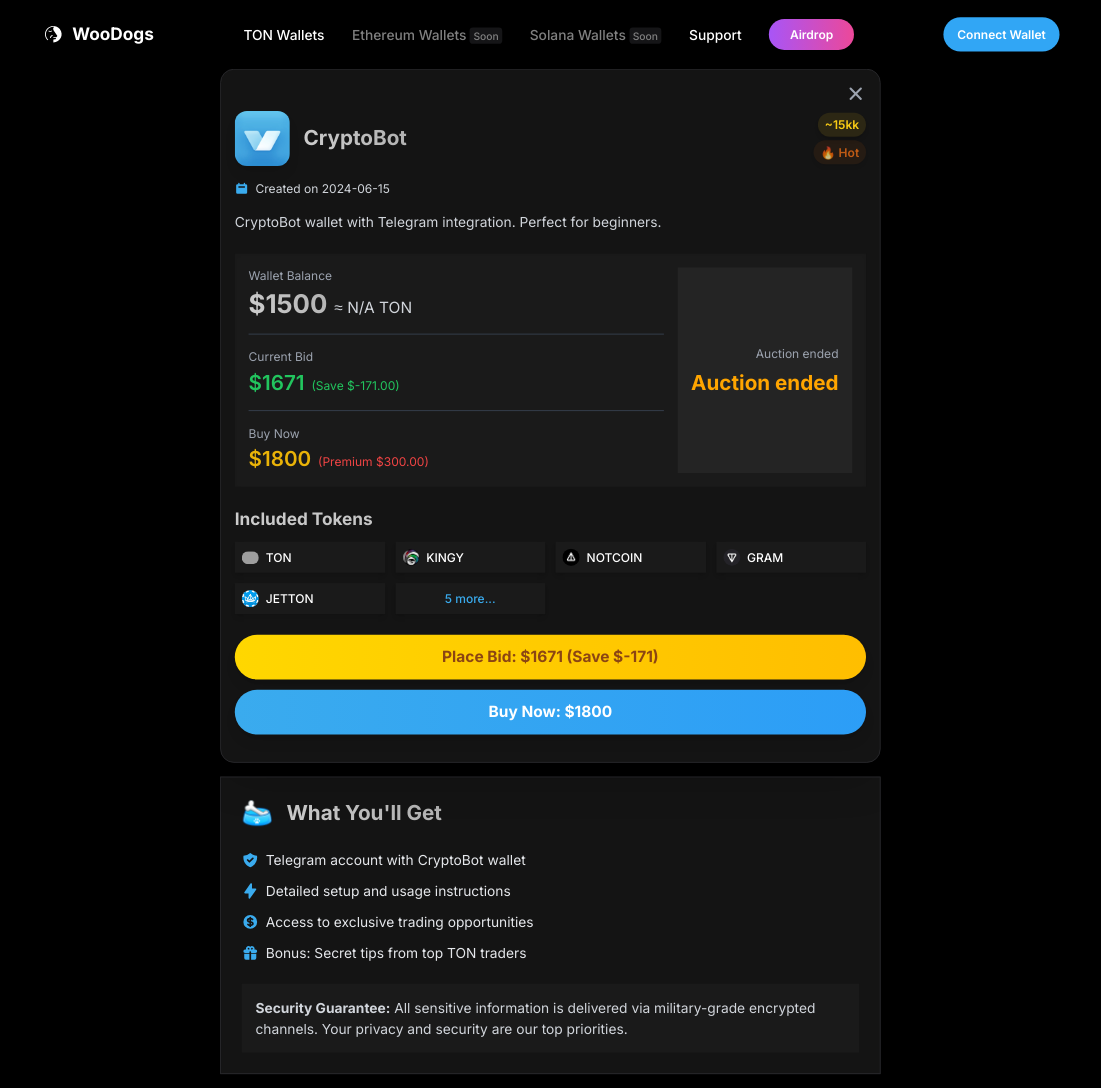
Repository: itititi/woofdogs_off
Page: /wallet/cryptobot-1
The author's editor kept a copy of each file at every save. The page is drawn from the files as they stood at one save, then again after the next save.
The browser window is 1280 px wide. The pictures show the whole page, at 86% of full size.
Pictures or frames that could not be fetched are drawn as grey boxes. The page's requests for data from a server got no answer. The project was rebuilt for these pictures with package versions that can differ from the ones it lists, and the page was loaded fresh each time. The framework's server and built-in components were replaced by stand-ins that run in the browser. No one was signed in, and anything a server would have sent is missing. Also part of the build but not shown: next.config.mjs.

Above is the page before, as saved 2024-10-25 22:40:02.

### src/app/layout.tsx
import type { Metadata } from "next";
import { Inter } from "next/font/google";
import "./globals.css";
import { SearchProvider } from '@/components/SearchContext';
import { LanguageProvider } from '@/contexts/LanguageContext';

const inter = Inter({ subsets: ["latin"] });

export const metadata: Metadata = {
  title: "WooDogs",
  description: "Buy and sell TON wallets",
};

export default function RootLayout({
  children,
}: Readonly<{
  children: React.ReactNode;
}>) {
  return (
    <html lang="en" className="bg-black">
      <head>
        <link rel="preload" href="/dogs.gif" as="image" />
        <link rel="preload" href="/invite.gif" as="image" />
        <link rel="preload" href="/flag.gif" as="image" />
        <link rel="preload" href="/history.gif" as="image" />
        <link rel="preload" href="/inside.gif" as="image" />
        <link rel="preload" href="/notfound.gif" as="image" />
        <link rel="preload" href="/dogs.webp" as="image" />
        <link rel="preload" href="/invite.webp" as="image" />
        <link rel="preload" href="/success.gif" as="image" />
      </head>
      <body className={`${inter.className} bg-black text-white min-h-screen overflow-x-hidden`}>
        <LanguageProvider>
          <SearchProvider>
            <div className="bg-black min-h-screen flex flex-col">
              {children}
            </div>
          </SearchProvider>
        </LanguageProvider>
      </body>
    </html>
  );
}

### src/app/wallet/[id]/page.tsx
'use client';

import React, { useEffect, useState, useMemo } from 'react';
import Image from 'next/image';
import { getWalletData } from '@/data/getWalletData';
import { useRouter } from 'next/navigation';
import Header from '@/components/Header';
import WalletSkeleton from '@/components/WalletSkeleton';
import { WalletOffer } from '@/data/walletOffers';

interface WalletPageProps {
  params: {
    id: string;
  };
}

const getWalletContents = (walletName: string) => {
  switch (walletName) {
    case 'CryptoBot':
      return "Telegram account with CryptoBot wallet";
    case 'TON Wallet':
      return "TON Wallet account";
    case 'TON Space':
      return "Seed phrases for TON Space wallet";
    default:
      return "Wallet account details";
  }
};

export default function WalletPage({ params }: WalletPageProps) {
  const [wallet, setWallet] = useState<WalletOffer | null>(null);
  const [tonAmount, setTonAmount] = useState<string>('N/A');
  const [isLoading, setIsLoading] = useState(true);
  const router = useRouter();
  const [timeLeft, setTimeLeft] = useState<string>('');
  const [isAuctionEnded, setIsAuctionEnded] = useState(false);
  const [bidPrice, setBidPrice] = useState<number | null>(null);
  const [blitzPrice, setBlitzPrice] = useState<number | null>(null);

  const additionalTokensCount = useMemo(() => {
    if (!wallet) return 5;
    // Используем id кошелька для генерации псевдослучайного числа
    const seed = params.id.split('').reduce((acc, char) => acc + char.charCodeAt(0), 0);
    return 5 + (seed % 6); // Генерируем число от 5 до 10
  }, [params.id, wallet]);

  const auctionEndTime = useMemo(() => {
    if (typeof window === 'undefined') return 0;
    const storedEndTime = localStorage.getItem(`auctionEndTime_${params.id}`);
    if (storedEndTime) {
      return parseInt(storedEndTime, 10);
    }
    // Если нет сохраненного времени, генерируем новое
    const seed = params.id.split('').reduce((acc, char) => acc + char.charCodeAt(0), 0);
    const random = Math.sin(seed) * 10000;
    const hours = Math.floor(random % 48); // От 0 до 47 часов
    const endTime = Date.now() + hours * 3600000;
    localStorage.setItem(`auctionEndTime_${params.id}`, endTime.toString());
    return endTime;
  }, [params.id]);

  useEffect(() => {
    const fetchData = async () => {
      setIsLoading(true);
      const walletData = await getWalletData(params.id);
      if (!walletData) {
        router.push('/404');
        return;
      }
      setWallet(walletData);

      const storedBidPrice = localStorage.getItem(`bidPrice_${params.id}`);
      if (storedBidPrice) {
        setBidPrice(parseFloat(storedBidPrice));
      } else {
        const newBidPrice = Math.round(walletData.priceUSD * (1.05 + Math.random() * 0.1)); // 105-115% от priceUSD
        setBidPrice(newBidPrice);
        localStorage.setItem(`bidPrice_${params.id}`, newBidPrice.toString());
      }

      try {
        const response = await fetch('https://api.coingecko.com/api/v3/simple/price?ids=the-open-network&vs_currencies=usd');
        const data = await response.json();
        const tonPrice = data['the-open-network'].usd;
        setTonAmount((walletData.priceUSD / tonPrice).toFixed(2));
      } catch (error) {
        console.error('Error fetching TON price:', error);
      }

      // Генерация цен
      const basePrice = walletData.priceUSD;
      setBlitzPrice(Math.round(basePrice * 1.2)); // Блиц-цена еще выше

      setIsLoading(false);
    };

    fetchData();
  }, [params.id, router]);

  useEffect(() => {
    const updateTimer = () => {
      const now = Date.now();
      const difference = auctionEndTime - now;

      if (difference <= 0) {
        setIsAuctionEnded(true);
        setTimeLeft('Auction ended');
      } else {
        const hours = Math.floor((difference / (1000 * 60 * 60)) % 24);
        const minutes = Math.floor((difference / 1000 / 60) % 60);
        const seconds = Math.floor((difference / 1000) % 60);
        setTimeLeft(`${hours.toString().padStart(2, '0')}:${minutes.toString().padStart(2, '0')}:${seconds.toString().padStart(2, '0')}`);
        setIsAuctionEnded(false);
      }
    };

    updateTimer();
    const timer = setInterval(updateTimer, 1000);

    return () => clearInterval(timer);
  }, [auctionEndTime]);

  const handleClose = () => {
    router.push('/');
  };

  if (isLoading) {
    return <WalletSkeleton />;
  }

  if (!wallet) {
    return null;
  }

  const walletContents = getWalletContents(wallet.name);

  return (
    <div className="min-h-screen bg-black text-white flex flex-col">
      <Header />
      <main className="flex-grow py-4 px-4 mt-16 overflow-y-auto">
        <div className="max-w-3xl mx-auto">
          <div className="bg-[#141414] rounded-2xl overflow-hidden shadow-2xl p-4 mb-4 border border-[#2A2A2E] relative">
            <div className="flex justify-end mb-2">
              <button
                onClick={handleClose}
                className="text-gray-400 hover:text-white transition-colors duration-200"
              >
                <svg xmlns="http://www.w3.org/2000/svg" className="h-6 w-6" viewBox="0 0 20 20" fill="currentColor">
                  <path fillRule="evenodd" d="M4.293 4.293a1 1 0 011.414 0L10 8.586l4.293-4.293a1 1 0 111.414 1.414L11.414 10l4.293 4.293a1 1 0 01-1.414 1.414L10 11.414l-4.293 4.293a1 1 0 01-1.414-1.414L8.586 10 4.293 5.707a1 1 0 010-1.414z" clipRule="evenodd" />
                </svg>
              </button>
            </div>
            <div className="flex items-center justify-between mb-4">
              <div className="flex items-center">
                <div className="w-16 h-16 rounded-[22%] overflow-hidden mr-4 shadow-lg">
                  <Image src={wallet.icon} alt={wallet.name} width={64} height={64} className="object-cover" />
                </div>
                <h1 className="text-2xl font-bold titanium-gradient">{wallet.name}</h1>
              </div>
              <div className="flex flex-col items-end">
                <span className="text-yellow-400 font-semibold text-sm bg-yellow-400/10 px-2 py-1 rounded-full shadow-md mb-1">
                  {wallet.priceRange}
                </span>
                {wallet.isHot ? (
                  <span className="text-orange-500 font-semibold text-sm bg-orange-500/10 px-2 py-1 rounded-full shadow-md animate-pulse">
                    🔥 Hot
                  </span>
                ) : (
                  <span className="text-green-500 font-semibold text-sm bg-green-500/10 px-2 py-1 rounded-full shadow-md">
                    🐸 Cool
                  </span>
                )}
              </div>
            </div>

            <div className="flex items-center text-gray-300 mb-4">
              <svg xmlns="http://www.w3.org/2000/svg" className="h-4 w-4 mr-2 text-[#3AABEE]" viewBox="0 0 20 20" fill="currentColor">
                <path fillRule="evenodd" d="M6 2a1 1 0 00-1 1v1H4a2 2 0 00-2 2v10a2 2 0 002 2h12a2 2 0 002-2V6a2 2 0 00-2-2h-1V3a1 1 0 10-2 0v1H7V3a1 1 0 00-1-1zm0 5a1 1 0 000 2h8a1 1 0 100-2H6z" clipRule="evenodd" />
              </svg>
              <span className="text-sm">Created on {wallet.createdAt}</span>
            </div>

            <p className="text-gray-300 text-base mb-6 leading-relaxed">{wallet.description}</p>

            <div className="flex flex-col sm:flex-row sm:justify-between sm:items-stretch mb-6 bg-[#1A1A1A] p-4 rounded-lg shadow-inner">
              <div className="flex-1 mb-4 sm:mb-0 sm:mr-4">
                <div className="mb-4 pb-4 border-b border-gray-700">
                  <span className="text-sm text-gray-400 block mb-1">Wallet Balance</span>
                  <div className="flex items-baseline">
                    <span className="text-3xl font-bold titanium-gradient">${wallet.priceUSD}</span>
                    <span className="text-lg text-gray-300 ml-2">≈ {tonAmount} TON</span>
                  </div>
                </div>
                <div className="mb-4 pb-4 border-b border-gray-700">
                  <span className="text-sm text-gray-400 block mb-1">Current Bid</span>
                  <div className="flex items-baseline">
                    <span className="text-2xl font-semibold text-green-500">${bidPrice}</span>
                    <span className="text-sm text-green-500 ml-2">
                      (Save ${(wallet.priceUSD - bidPrice!).toFixed(2)})
                    </span>
                  </div>
                </div>
                <div>
                  <span className="text-sm text-gray-400 block mb-1">Buy Now</span>
                  <div className="flex items-baseline">
                    <span className="text-2xl font-semibold text-yellow-500">${blitzPrice}</span>
                    <span className="text-sm text-red-500 ml-2">
                      (Premium ${(blitzPrice! - wallet.priceUSD).toFixed(2)})
                    </span>
                  </div>
                </div>
              </div>
              <div className="flex flex-col justify-center items-center sm:items-end bg-[#242424] p-4 rounded-lg">
                <span className="text-gray-400 text-sm mb-2">
                  {isAuctionEnded ? 'Auction ended' : 'Auction ends in'}
                </span>
                <span className="font-bold text-2xl text-[#FFA500]">
                  {timeLeft}
                </span>
              </div>
            </div>

            {/* Tokens list */}
            <div className="mb-6">
              <h3 className="text-lg sm:text-xl font-bold titanium-gradient mb-3">Included Tokens</h3>
              <div className="grid grid-cols-3 sm:grid-cols-4 gap-2 sm:gap-3">
                {wallet.tokens.map((tokenData, index) => (
                  <div key={index} className="bg-[#1A1A1A] rounded-lg p-2 flex items-center shadow-md">
                    <Image
                      src={tokenData.token.logo}
                      alt={tokenData.token.name}
                      width={20}
                      height={20}
                      className="rounded-full mr-2"
                    />
                    <span className="font-medium text-xs sm:text-sm">{tokenData.token.symbol}</span>
                  </div>
                ))}
                <div className="bg-[#1A1A1A] rounded-lg p-2 flex items-center justify-center shadow-md">
                  <span className="font-medium text-xs sm:text-sm text-[#3AABEE]">
                    {additionalTokensCount} more...
                  </span>
                </div>
              </div>
            </div>

            <div className="flex flex-col gap-3 mb-4">
              <button
                className="w-full bg-gradient-to-r from-[#FFD700] to-[#FFA500] text-[#8B4513] text-lg font-bold py-3 px-6 rounded-full hover:brightness-110 transition-all duration-300 shadow-lg hover:shadow-xl"
              >
                Place Bid: ${bidPrice} (Save ${wallet.priceUSD - bidPrice})
              </button>
              <button
                className="w-full bg-gradient-to-r from-[#3AABEE] to-[#1E90FF] text-white text-lg font-bold py-3 px-6 rounded-full hover:brightness-110 transition-all duration-300 shadow-lg hover:shadow-xl"
              >
                Buy Now: ${blitzPrice}
              </button>
            </div>
          </div>

          {/* Card for wallet contents */}
          <div className="bg-[#141414] rounded-lg overflow-hidden shadow-2xl p-4 sm:p-6 border border-[#2A2A2E]">
            <div className="flex items-center mb-4 sm:mb-6">
              <Image
                src="/inside.gif"
                alt="What's Inside"
                width={36}
                height={36}
                className="mr-3 sm:mr-4"
              />
              <h2 className="text-xl sm:text-2xl font-bold titanium-gradient">What You'll Get</h2>
            </div>
            <ul className="space-y-3 text-gray-200 text-sm sm:text-base mb-6">
              <li className="flex items-center">
                <svg xmlns="http://www.w3.org/2000/svg" className="h-5 w-5 mr-2 text-[#3AABEE]" viewBox="0 0 20 20" fill="currentColor">
                  <path fillRule="evenodd" d="M2.166 4.999A11.954 11.954 0 0010 1.944 11.954 11.954 0 0017.834 5c.11.65.166 1.32.166 2.001 0 5.225-3.34 9.67-8 11.317C5.34 16.67 2 12.225 2 7c0-.682.057-1.35.166-2.001zm11.541 3.708a1 1 0 00-1.414-1.414L9 10.586 7.707 9.293a1 1 0 00-1.414 1.414l2 2a1 1 0 001.414 0l4-4z" clipRule="evenodd" />
                </svg>
                <span>{walletContents}</span>
              </li>
              <li className="flex items-center">
                <svg xmlns="http://www.w3.org/2000/svg" className="h-5 w-5 mr-2 text-[#3AABEE]" viewBox="0 0 20 20" fill="currentColor">
                  <path fillRule="evenodd" d="M11.3 1.046A1 1 0 0112 2v5h4a1 1 0 01.82 1.573l-7 10A1 1 0 018 18v-5H4a1 1 0 01-.82-1.573l7-10a1 1 0 011.12-.38z" clipRule="evenodd" />
                </svg>
                <span>Detailed setup and usage instructions</span>
              </li>
              <li className="flex items-center">
                <svg xmlns="http://www.w3.org/2000/svg" className="h-5 w-5 mr-2 text-[#3AABEE]" viewBox="0 0 20 20" fill="currentColor">
                  <path d="M8.433 7.418c.155-.103.346-.196.567-.267v1.698a2.305 2.305 0 01-.567-.267C8.07 8.34 8 8.114 8 8c0-.114.07-.34.433-.582zM11 12.849v-1.698c.22.071.412.164.567.267.364.243.433.468.433.582 0 .114-.07.34-.433.582a2.305 2.305 0 01-.567.267z" />
                  <path fillRule="evenodd" d="M10 18a8 8 0 100-16 8 8 0 000 16zm1-13a1 1 0 10-2 0v.092a4.535 4.535 0 00-1.676.662C6.602 6.234 6 7.009 6 8c0 .99.602 1.765 1.324 2.246.48.32 1.054.545 1.676.662v1.941c-.391-.127-.68-.317-.843-.504a1 1 0 10-1.51 1.31c.562.649 1.413 1.076 2.353 1.253V15a1 1 0 102 0v-.092a4.535 4.535 0 001.676-.662C13.398 13.766 14 12.991 14 12c0-.99-.602-1.765-1.324-2.246A4.535 4.535 0 0011 9.092V7.151c.391.127.68.317.843.504a1 1 0 101.511-1.31c-.563-.649-1.413-1.076-2.354-1.253V5z" clipRule="evenodd" />
                </svg>
                <span>Access to exclusive trading opportunities</span>
              </li>
              <li className="flex items-center">
                <svg xmlns="http://www.w3.org/2000/svg" className="h-5 w-5 mr-2 text-[#3AABEE]" viewBox="0 0 20 20" fill="currentColor">
                  <path fillRule="evenodd" d="M5 5a3 3 0 015-2.236A3 3 0 0114.83 6H16a2 2 0 110 4h-5V9a1 1 0 10-2 0v1H4a2 2 0 110-4h1.17C5.06 5.687 5 5.35 5 5zm4 1V5a1 1 0 10-1 1h1zm3 0a1 1 0 10-1-1v1h1z" clipRule="evenodd" />
                  <path d="M9 11H3v5a2 2 0 002 2h4v-7zM11 18h4a2 2 0 002-2v-5h-6v7z" />
                </svg>
                <span>Bonus: Secret tips from top TON traders</span>
              </li>
            </ul>
            <p className="text-gray-300 text-sm sm:text-base bg-[#1A1A1A] p-3 sm:p-4 rounded-lg">
              <strong>Security Guarantee:</strong> All sensitive information is delivered via military-grade encrypted channels. Your privacy and security are our top priorities.
            </p>
          </div>
        </div>
      </main>
      <style jsx global>{`
        .titanium-gradient {
          background: linear-gradient(
            45deg,
            #E8E8E8,
            #D3D3D3,
            #BEBEBE,
            #A9A9A9
          );
          background-size: 200% 200%;
          -webkit-background-clip: text;
          background-clip: text;
          color: transparent;
          animation: titanium 10s ease infinite;
        }

        @keyframes titanium {
          0% {
            background-position: 0% 50%;
          }
          50% {
            background-position: 100% 50%;
          }
          100% {
            background-position: 0% 50%;
          }
        }
      `}</style>
    </div>
  );
}

### src/components/SearchContext.tsx
'use client';

import React, { createContext, useState, useContext, ReactNode } from 'react';

interface SearchContextType {
  searchTerm: string;
  setSearchTerm: (term: string) => void;
}

const SearchContext = createContext<SearchContextType | undefined>(undefined);

export const SearchProvider: React.FC<{ children: ReactNode }> = ({ children }) => {
  const [searchTerm, setSearchTerm] = useState('');

  return (
    <SearchContext.Provider value={{ searchTerm, setSearchTerm }}>
      {children}
    </SearchContext.Provider>
  );
};

export const useSearch = () => {
  const context = useContext(SearchContext);
  if (context === undefined) {
    throw new Error('useSearch must be used within a SearchProvider');
  }
  return context;
};

### src/data/getWalletData.ts
import { finalWalletOffers, WalletOffer } from './walletOffers';

export async function getWalletData(id: string): Promise<WalletOffer | null> {
  // Имитация задержки запроса к API
  await new Promise(resolve => setTimeout(resolve, 100));

  const wallet = finalWalletOffers.find(offer => offer.id === id);
  return wallet || null;
}

Loaded but not shown: src/components/Header.tsx (211 lines, source omitted); src/app/globals.css (349 lines, source omitted); src/data/walletOffers.ts (183 lines, source omitted); src/components/WalletSkeleton.tsx (77 lines, source omitted); tailwind.config.ts (82 lines, source omitted); src/contexts/LanguageContext.tsx (43 lines, source omitted); src/data/tonTokens.ts (19 lines, source omitted)

After the next save:
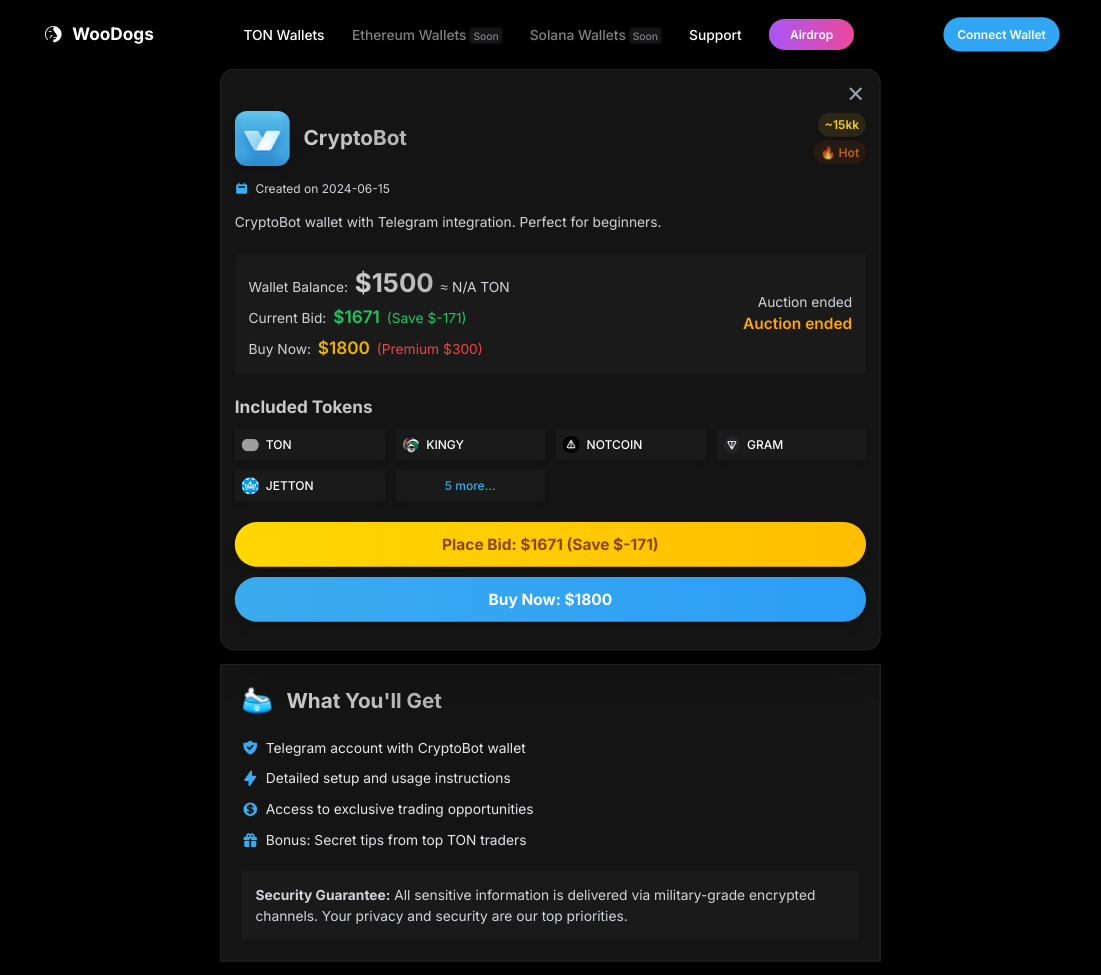
Saved 21 s later.
--- a/src/app/wallet/[id]/page.tsx
+++ b/src/app/wallet/[id]/page.tsx
@@ -182,39 +182,35 @@
 
             <p className="text-gray-300 text-base mb-6 leading-relaxed">{wallet.description}</p>
 
-            <div className="flex flex-col sm:flex-row sm:justify-between sm:items-stretch mb-6 bg-[#1A1A1A] p-4 rounded-lg shadow-inner">
-              <div className="flex-1 mb-4 sm:mb-0 sm:mr-4">
-                <div className="mb-4 pb-4 border-b border-gray-700">
-                  <span className="text-sm text-gray-400 block mb-1">Wallet Balance</span>
-                  <div className="flex items-baseline">
-                    <span className="text-3xl font-bold titanium-gradient">${wallet.priceUSD}</span>
-                    <span className="text-lg text-gray-300 ml-2">≈ {tonAmount} TON</span>
-                  </div>
-                </div>
-                <div className="mb-4 pb-4 border-b border-gray-700">
-                  <span className="text-sm text-gray-400 block mb-1">Current Bid</span>
-                  <div className="flex items-baseline">
-                    <span className="text-2xl font-semibold text-green-500">${bidPrice}</span>
-                    <span className="text-sm text-green-500 ml-2">
-                      (Save ${(wallet.priceUSD - bidPrice!).toFixed(2)})
-                    </span>
-                  </div>
+            <div className="flex flex-col sm:flex-row sm:justify-between sm:items-center mb-6 bg-[#1A1A1A] p-4 rounded-lg shadow-inner">
+              <div className="mb-2 sm:mb-0">
+                <div className="mb-2">
+                  <span className="text-sm sm:text-base text-gray-300">Wallet Balance:</span>
+                  <span className="text-2xl sm:text-3xl font-bold titanium-gradient ml-2">${wallet.priceUSD}</span>
+                  <span className="text-sm sm:text-base text-gray-300 ml-2">
+                    ≈ {tonAmount} TON
+                  </span>
+                </div>
+                <div className="mb-2">
+                  <span className="text-sm sm:text-base text-gray-300">Current Bid:</span>
+                  <span className="text-lg sm:text-xl font-semibold text-green-500 ml-2">${bidPrice}</span>
+                  <span className="text-sm sm:text-base text-green-500 ml-2">
+                    (Save ${wallet.priceUSD - bidPrice})
+                  </span>
                 </div>
                 <div>
-                  <span className="text-sm text-gray-400 block mb-1">Buy Now</span>
-                  <div className="flex items-baseline">
-                    <span className="text-2xl font-semibold text-yellow-500">${blitzPrice}</span>
-                    <span className="text-sm text-red-500 ml-2">
-                      (Premium ${(blitzPrice! - wallet.priceUSD).toFixed(2)})
-                    </span>
-                  </div>
-                </div>
-              </div>
-              <div className="flex flex-col justify-center items-center sm:items-end bg-[#242424] p-4 rounded-lg">
-                <span className="text-gray-400 text-sm mb-2">
-                  {isAuctionEnded ? 'Auction ended' : 'Auction ends in'}
+                  <span className="text-sm sm:text-base text-gray-300">Buy Now:</span>
+                  <span className="text-lg sm:text-xl font-semibold text-yellow-500 ml-2">${blitzPrice}</span>
+                  <span className="text-sm sm:text-base text-red-500 ml-2">
+                    (Premium ${blitzPrice - wallet.priceUSD})
+                  </span>
+                </div>
+              </div>
+              <div className="flex flex-col items-start sm:items-end">
+                <span className="text-gray-300 text-sm sm:text-base">
+                  {isAuctionEnded ? 'Auction ended' : 'Auction ends in:'}
                 </span>
-                <span className="font-bold text-2xl text-[#FFA500]">
+                <span className="font-semibold text-base sm:text-lg text-[#FFA500]">
                   {timeLeft}
                 </span>
               </div>
